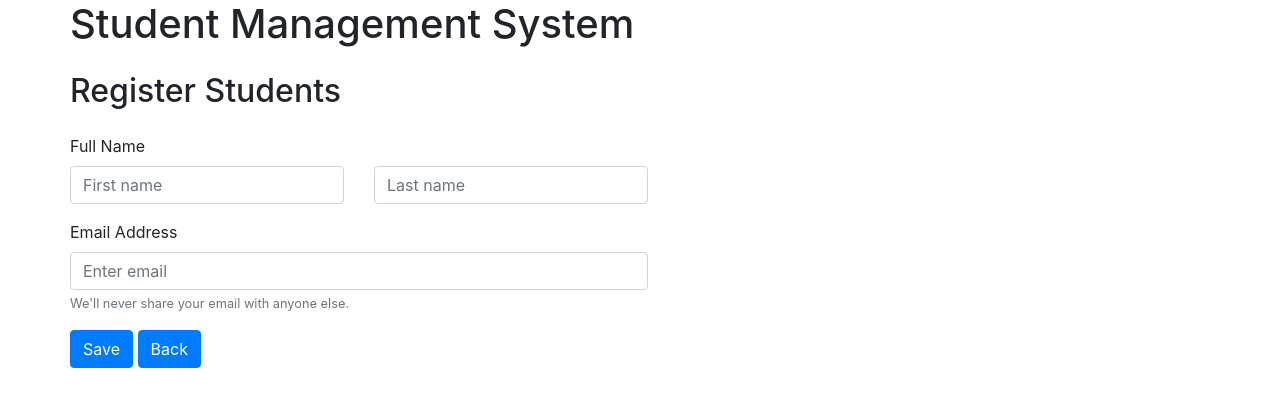
Repository: ajmins/Project-Management-System
Page: http://localhost/addPerson
An editor plug-in stored every save of this project. The page is shown before and after the next save, followed by the edit.
The browser window is 1280 px wide. The pictures show the whole page.
The page is this project's Thymeleaf template; nobody is signed in. The template is opened directly, without the code that normally fills it, so the values that code supplies are empty.

Above is the page before, as saved 2023-01-05 05:53:11.

### ProjectManagement/src/main/resources/templates/addPerson.html
<!DOCTYPE html>
<html xmlns:th="http://www.thymeleaf.org">
<head>
<meta charset="ISO-8859-1">
<title>Add User</title>
<link rel="stylesheet"
	href="https://cdn.jsdelivr.net/npm/bootstrap@4.0.0/dist/css/bootstrap.min.css"
	integrity="sha384-Gn5384xqQ1aoWXA+058RXPxPg6fy4IWvTNh0E263XmFcJlSAwiGgFAW/dAiS6JXm"
	crossorigin="anonymous">
</head>
<body>

<div class ="container">

		<div class = "row">
			<h1> Student Management System</h1>
		</div>
		<div class = "row mt-3 "> <br>
			<h2> Register Students</h2>
		</div>
		<div class ="row mt-3">
		<form th:action="@{/saveStudent}" th:object="${students}" method="post">
			<div class="form-group">
			<label>Full Name</label> <br>
				<div class="row">

				    <div class="col">
				      <input type="text" th:field="*{firstName}" class="form-control" placeholder="First name">
				    </div>
				    <div class="col">
				      <input type="text" th:field="*{lastName}" class="form-control" placeholder="Last name">
				    </div>
			  	</div>
			</div>

		  <div class="form-group">
		    <label for="exampleInputEmail1">Email Address</label>
		    <input type="email" th:field="*{email}" class="form-control" id="exampleInputEmail1" aria-describedby="emailHelp" placeholder="Enter email">
		    <small id="emailHelp" class="form-text text-muted">We'll never share your email with anyone else.</small>
		  </div>


		  <button type="submit" class="btn btn-primary">Save</button>
		  <a th:href ="@{/students}" class="btn btn-primary">Back</a>
		</form>
		</div>


</div>
</body>
</html>

After the next save:
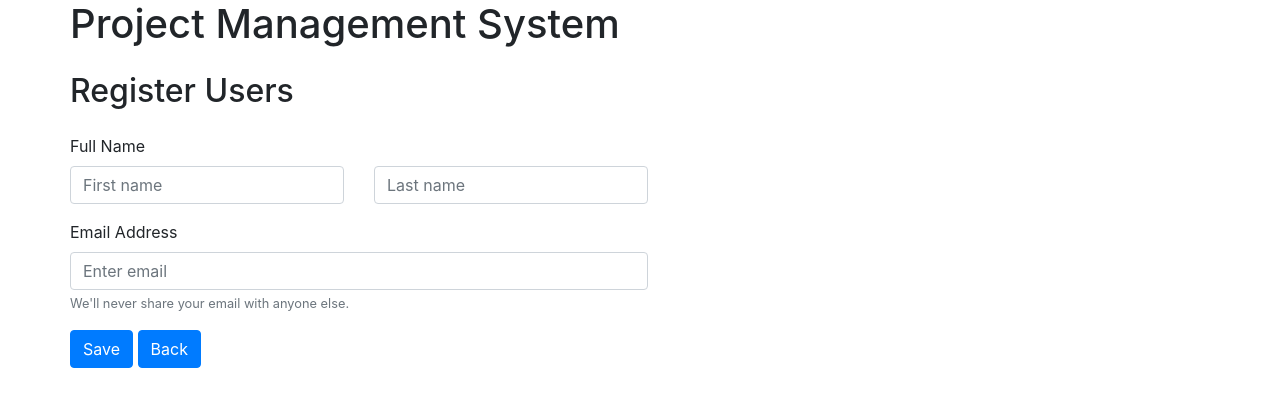
Saved 13 s later.
--- a/ProjectManagement/src/main/resources/templates/addPerson.html
+++ b/ProjectManagement/src/main/resources/templates/addPerson.html
@@ -13,10 +13,10 @@
 <div class ="container">
 
 		<div class = "row">
-			<h1> Student Management System</h1>
+			<h1> Project Management System</h1>
 		</div>
 		<div class = "row mt-3 "> <br>
-			<h2> Register Students</h2>
+			<h2> Register Users</h2>
 		</div>
 		<div class ="row mt-3">
 		<form th:action="@{/saveStudent}" th:object="${students}" method="post">
